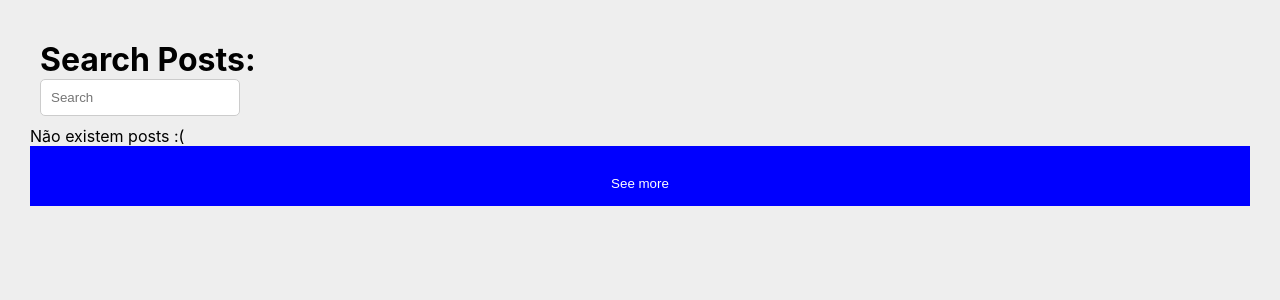
Repository: GiovanaBragio/ReactCourse
Page: / (app in project-1/)
These files come from the project's save history. The page is drawn as it stood at one moment and after the next save; the edit follows.
The browser window is 1280 px wide. The pictures show the whole page.
The page's requests for data from a server got no answer. The project was rebuilt for these pictures with package versions that can differ from the ones it lists, and the page was loaded fresh each time. No one was signed in, and anything a server would have sent is missing. Also part of the build but not shown: project-1/src/components/PostCard/PostCard.styles.css, project-1/src/components/PostCard/PostCard.tsx, project-1/src/components/Post/Post.styles.css, project-1/src/components/Post/Post.tsx.

Above is the page before, as saved 2025-02-05 17:16:32.

After the next save:
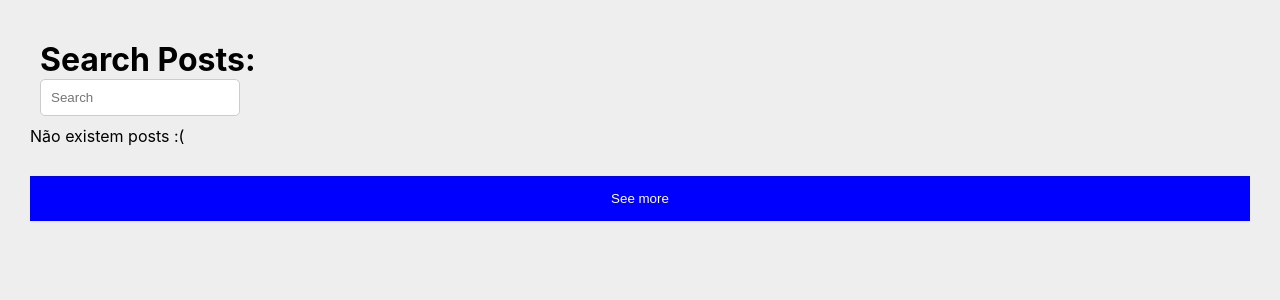
Saved 6 s later.
--- a/project-1/src/components/Button/Button.styles.css
+++ b/project-1/src/components/Button/Button.styles.css
@@ -6,7 +6,7 @@ button {
   padding: 15px 30px;
   cursor: pointer;
   transition: ease-in-out 0.5s;
-  padding-top: 30px;
+  margin-top: 30px;
 }
 
 button:hover {
